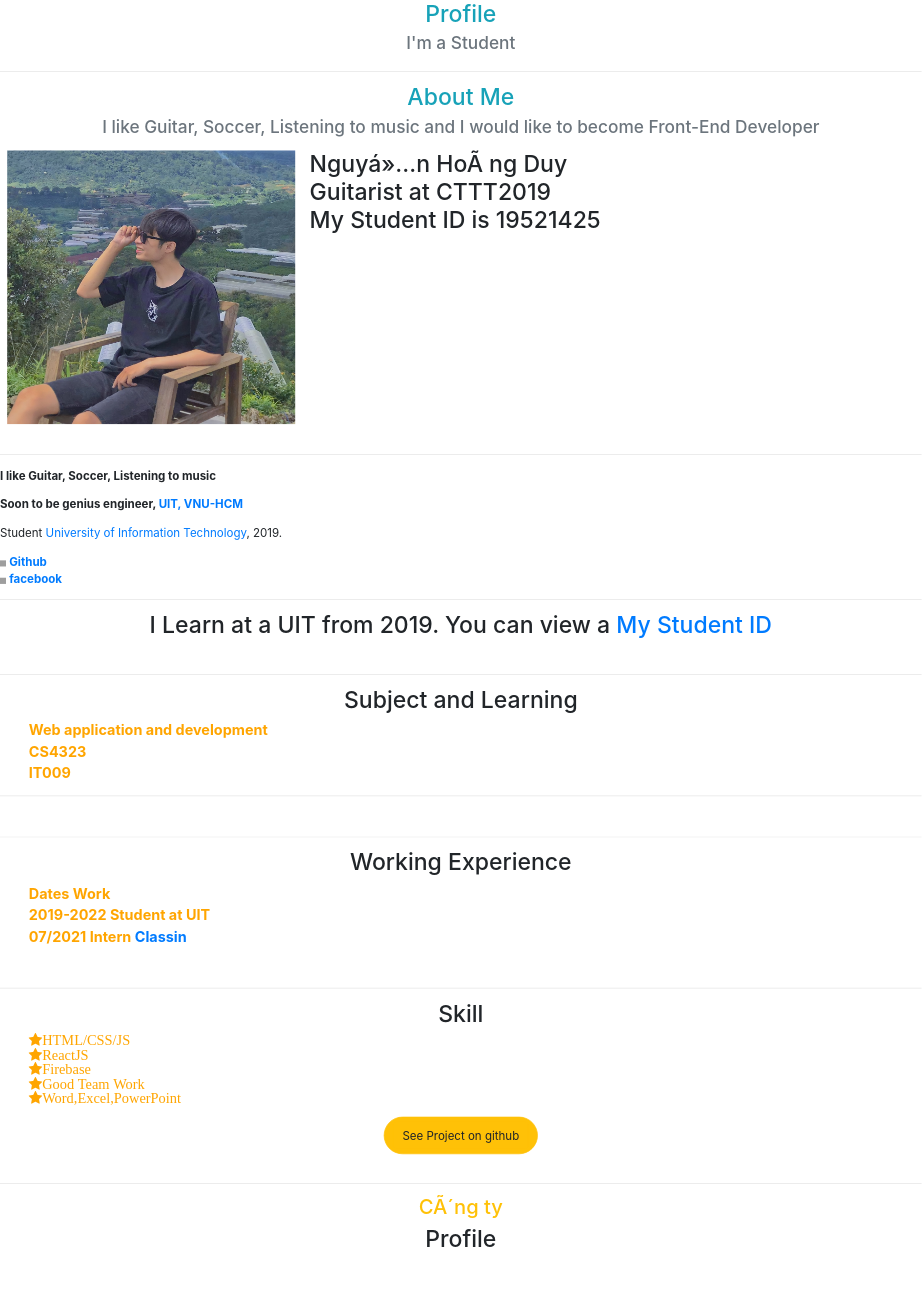
Repository: HoangDuy315/HW_TVK
Page: cv.html
An editor plug-in stored every save of this project. The page is shown before and after the next save, followed by the edit.
The browser window is 1280 px wide. The pictures show the whole page, at 72% of full size.
Pictures or frames that could not be fetched are drawn as grey boxes.

Above is the page before, as saved 2022-09-25 17:37:18.

### cv.html
<html>
    <head>
        <title>GnahYuD</title>
        <link rel="SHORTCUT ICON" href="images/cormen-tiny.jpg">
        <script charset="utf-8" src="https://platform.twitter.com/js/button.c6c95b9789db97ea1e9742d215fff751.js"></script>
        <link rel="stylesheet" href="cv.css">
        <link rel="stylesheet" href="https://cdnjs.cloudflare.com/ajax/libs/font-awesome/4.7.0/css/font-awesome.min.css">
        <link rel="stylesheet" href="https://cdn.jsdelivr.net/npm/bootstrap@4.6.2/dist/css/bootstrap.min.css" integrity="sha384-xOolHFLEh07PJGoPkLv1IbcEPTNtaed2xpHsD9ESMhqIYd0nLMwNLD69Npy4HI+N" crossorigin="anonymous">
    </head>
    <body text="#000068" link="#060FDF" vlink="#060FDF" alink="#DC24C5">

    <!-- <TABLE CELLPADDING="10" CELLSPACING="0" WIDTH="475"> -->
    <section id="Profile">
        <div class="container">
            <div class="row">
                <div class="col-12 text-center">
                    <h2 class="text-info display-5 fw-bold">Profile</h2>
                    <h4 class="fw-bold text-secondary ">I'm a Student</h4>
                </div>
            </div>
            <div class="row">
    </section>
    <hr>
    <section id="Profile">
        <div class="container">
            <div class="row">
                <div class="col-12 text-center">
                    <h2 class="text-info display-5 fw-bold">About Me</h2>
                    <h4 class="fw-bold text-secondary ">I like  Guitar, Soccer, Listening to music and I would like to become Front-End Developer</h4>
                </div>
            </div>
            <div class="row">
    </section> <table cellpadding="10" cellspacing="0">
    <tbody><tr valign="TOP">

    <td valign="TOP" width="151">

    <img class="duy" src="./123.JPG"><p>

    </p></td>

    <td valign="TOP">

    <div>
    <h2>Nguyễn Hoàng Duy<br>
    Guitarist at CTTT2019<br>
    My Student ID is 19521425
    </h2>
</table>
    <hr>




    <p>
    <strong>I like  Guitar, Soccer, Listening to music</strong>
    </p>

    <p><strong>Soon to be genius engineer,
    <a href="https://www.uit.edu.vn/">UIT, <a href="https://vnuhcm.edu.vn/">VNU-HCM</a></a>
    </strong> </p>

    <p>

    Student <a href="https://www.uit.edu.vn/">University of Information Technology</a>, 2019.</p><p>

    </p><dd>
    <b>
    <img src="images/yellowsq.gif" alt="*" width="9" height="9">
    <a href="https://github.com/HoangDuy315">Github</a><br>
    <img src="images/yellowsq.gif" alt="*" width="9" height="9">
        <a href="https://www.facebook.com/profile.php?id=100007746304417">facebook</a></div>
    </b>


    </dd></td>
    </tr>
    </tbody></table>




    <hr >
        <h2 class="yud">I Learn at a UIT from 2019.  You can view a <a href="https://student.uit.edu.vn/">My Student ID</a></h2>
    </hr>
    <br>
    <hr>
        <h2 class="hi">Subject and Learning</h2>
        <ul class="fs">
            <li >Web application and development</li>
            <li >CS4323</li>
            <li >IT009</li>
        </ul>

    <hr>
    <br>
    <hr>
        <h2 class="yud">Working Experience</h2>
        <ul class="fs">
            <li>Dates Work</li>
            <li>2019-2022 Student at UIT</li>
            <li>07/2021 Intern  <a href="https://www.classin.com/">Classin</a></li>
        </ul>
    </hr>
    <br>
    <hr>
        <h2 class="yud">Skill</h2>
        <ul class="fs">
            <li class="fa fa-star checked">HTML/CSS/JS</li><br>
            <li class="fa fa-star checked">ReactJS</li><br>
            <li class="fa fa-star checked">Firebase</li><br>
            <li class="fa fa-star checked">Good Team Work</li><br>
            <li class="fa fa-star checked">Word,Excel,PowerPoint</li>
        </ul>
        <div class="text-center">
            <button type="button" class="btn btn-warning rounded-pill"><a class="btn btn-warning fw-bold  " href="https://github.com/HoangDuy315">See Project on github</a></button>
        </div>
    </hr>
    <br>
    <hr>
    <section id="about">
        <div class="container">
            <div class="row mb-5    ">
                <div class="col-12 text-center">
                    <h3 class="text-warning">Công ty</h3>
                    <h2 class="display-5 fw-bold">Profile</h2>
                </div>
            </div>
            <div class="row">


    </section>
    </script>

</body>
</html>

### cv.css
body {
    background-color: rgb(219, 228, 136);
}

.duy {
    color: blue;
    height: 380px;
    width: 400px;
}

.checked {
    color: orange;
}

.yud {
    text-align: center;
}

.yud .li {
    text-align: center;
}

.hi {

    text-align: center;
}

.fs {
    font-size: 20px;
    list-style: none;
    font-family: "Roboto" sans-serif;
    font-weight: bold;
    color: orange;
}

After the next save:
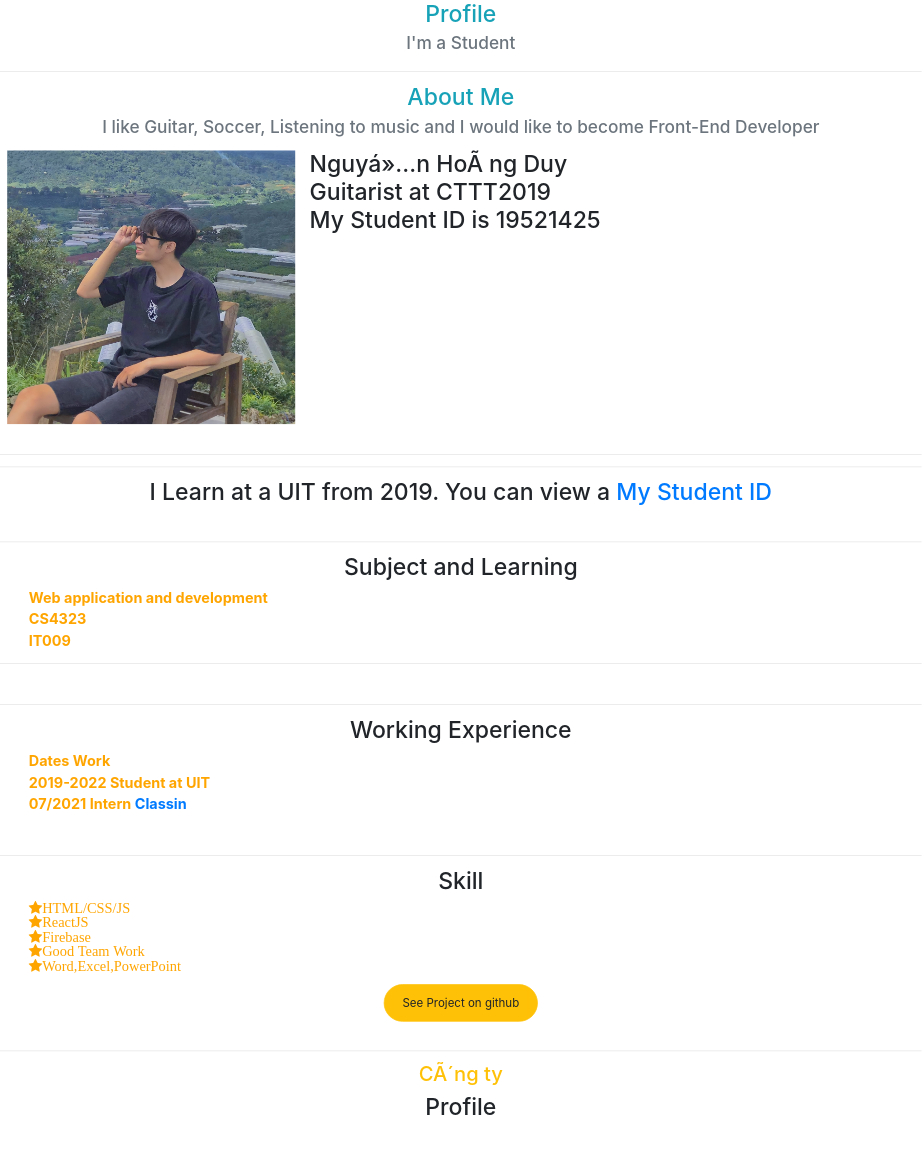
Saved 13 s later.
--- a/cv.html
+++ b/cv.html
@@ -52,7 +52,7 @@
 
 
 
-    <p>
+    <!-- <p>
     <strong>I like  Guitar, Soccer, Listening to music</strong>
     </p>
 
@@ -77,7 +77,7 @@
     </tr>
     </tbody></table>
 
-
+ -->
 
 
     <hr >
